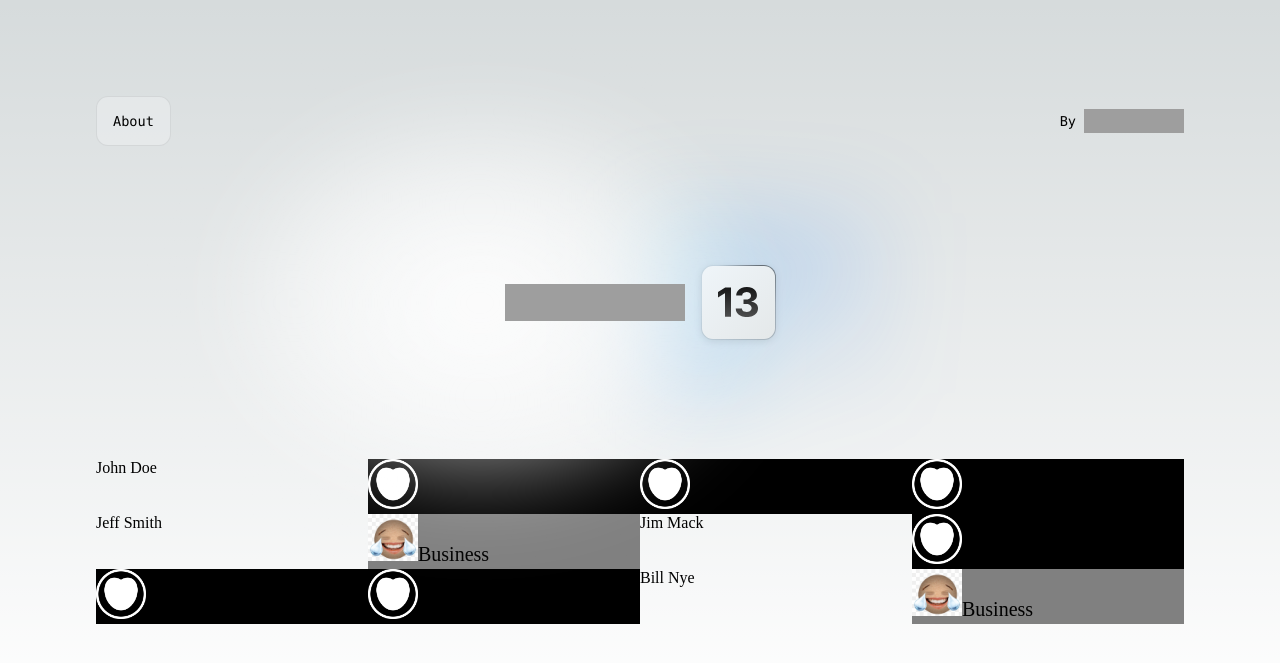
Repository: karthur1/class-example-3
Page: /
These files come from the project's save history. The page is drawn as it stood at one moment and after the next save; the edit follows.
The browser window is 1280 px wide. The pictures show the whole page.
Pictures or frames that could not be fetched are drawn as grey boxes. The project was rebuilt for these pictures with package versions that can differ from the ones it lists, and the page was loaded fresh each time. The framework's server and built-in components were replaced by stand-ins that run in the browser. Also part of the build but not shown: next.config.js.

Above is the page before, as saved 2023-01-20 23:54:50.

### pages/index.js
import Head from 'next/head'
import Image from 'next/image'
import { Inter } from '@next/font/google'
import styles from '@/styles/Home.module.css'
import data from '../data/employees.json'
import {useState} from 'react'
import Card from '../components/Card'
import Link from 'next/link'


const inter = Inter({ subsets: ['latin'] })

export default function Home() {

  console.log(data)
  const [information, setInformation] = useState([...data])
  console.log(information)

  return (
    <>
      <Head>
        <title>Create Next App</title>
        <meta name="description" content="Generated by create next app" />
        <meta name="viewport" content="width=device-width, initial-scale=1" />
        <link rel="icon" href="/favicon.ico" />
      </Head>
      <main className={styles.main}>
        <div className={styles.description}>
          <p>
          <Link href="about">About</Link>

          </p>
          <div>
            <a
              href="https://vercel.com?utm_source=create-next-app&utm_medium=default-template&utm_campaign=create-next-app"
              target="_blank"
              rel="noopener noreferrer"
            >
              By{' '}
              <Image
                src="/vercel.svg"
                alt="Vercel Logo"
                className={styles.vercelLogo}
                width={100}
                height={24}
                priority
              />
            </a>
          </div>
        </div>

        <div className={styles.center}>
          <Image
            className={styles.logo}
            src="/next.svg"
            alt="Next.js Logo"
            width={180}
            height={37}
            priority
          />
          <div className={styles.thirteen}>
            <Image
              src="/thirteen.svg"
              alt="13"
              width={40}
              height={31}
              priority
            />
          </div>
        </div>

        <div className={styles.grid}>
          <div>John Doe</div>
          {information && information.map((info, index) => {
            if(info.department === "Business") {
              return(
              <Card key={index} degree={info.degree} colour="black" font="20px"/>
            )
          }
        })}
                  <div>Jeff Smith</div>
          {information && information.map((info, index) => {
            if(info.department === "Computing") {

             return(
              <Card key={index} degree={info.degree} colour="grey" font="20px"/>
             )
          }
        })}
                    <div>Jim Mack</div>
          {information && information.map((info, index) => {
            if(info.department === "Business") {

             return(
              <Card key={index} degree={info.degree} colour="black" font="20px"/>
             )
          }
        })}
                    <div>Bill Nye</div>
          {information && information.map((info, index) => {
            if(info.department === "Computing") {

             return(
              <Card key={index} degree={info.degree} colour="grey" font="20px"/>
             )
          }
        })}
        </div>
      </main>
    </>
  )
}

### styles/Home.module.css
.main {
  display: flex;
  flex-direction: column;
  justify-content: space-between;
  align-items: center;
  padding: 6rem;
  min-height: 100vh;
}

.description {
  display: inherit;
  justify-content: inherit;
  align-items: inherit;
  font-size: 0.85rem;
  max-width: var(--max-width);
  width: 100%;
  z-index: 2;
  font-family: var(--font-mono);
}

.description a {
  display: flex;
  justify-content: center;
  align-items: center;
  gap: 0.5rem;
}

.description p {
  position: relative;
  margin: 0;
  padding: 1rem;
  background-color: rgba(var(--callout-rgb), 0.5);
  border: 1px solid rgba(var(--callout-border-rgb), 0.3);
  border-radius: var(--border-radius);
}

.code {
  font-weight: 700;
  font-family: var(--font-mono);
}

.grid {
  display: grid;
  grid-template-columns: repeat(4, minmax(25%, auto));
  width: var(--max-width);
  max-width: 100%;
}



.card {
  padding: 1rem 1.2rem;
  border-radius: var(--border-radius);
  background: rgba(var(--card-rgb), 0);
  border: 1px solid rgba(var(--card-border-rgb), 0);
  transition: background 200ms, border 200ms;
}

.card span {
  display: inline-block;
  transition: transform 200ms;
}

.card h2 {
  font-weight: 600;
  margin-bottom: 0.7rem;
}

.card p {
  margin: 0;
  opacity: 0.6;
  font-size: 0.9rem;
  line-height: 1.5;
  max-width: 30ch;
}

.center {
  display: flex;
  justify-content: center;
  align-items: center;
  position: relative;
  padding: 4rem 0;
}

.center::before {
  background: var(--secondary-glow);
  border-radius: 50%;
  width: 480px;
  height: 360px;
  margin-left: -400px;
}

.center::after {
  background: var(--primary-glow);
  width: 240px;
  height: 180px;
  z-index: -1;
}

.center::before,
.center::after {
  content: '';
  left: 50%;
  position: absolute;
  filter: blur(45px);
  transform: translateZ(0);
}

.logo,
.thirteen {
  position: relative;
}

.thirteen {
  display: flex;
  justify-content: center;
  align-items: center;
  width: 75px;
  height: 75px;
  padding: 25px 10px;
  margin-left: 16px;
  transform: translateZ(0);
  border-radius: var(--border-radius);
  overflow: hidden;
  box-shadow: 0px 2px 8px -1px #0000001a;
}

.thirteen::before,
.thirteen::after {
  content: '';
  position: absolute;
  z-index: -1;
}

/* Conic Gradient Animation */
.thirteen::before {
  animation: 6s rotate linear infinite;
  width: 200%;
  height: 200%;
  background: var(--tile-border);
}

/* Inner Square */
.thirteen::after {
  inset: 0;
  padding: 1px;
  border-radius: var(--border-radius);
  background: linear-gradient(
    to bottom right,
    rgba(var(--tile-start-rgb), 1),
    rgba(var(--tile-end-rgb), 1)
  );
  background-clip: content-box;
}

/* Enable hover only on non-touch devices */
@media (hover: hover) and (pointer: fine) {
  .card:hover {
    background: rgba(var(--card-rgb), 0.1);
    border: 1px solid rgba(var(--card-border-rgb), 0.15);
  }

  .card:hover span {
    transform: translateX(4px);
  }
}

@media (prefers-reduced-motion) {
  .thirteen::before {
    animation: none;
  }

  .card:hover span {
    transform: none;
  }
}

/* Mobile */
@media (max-width: 700px) {
  .content {
    padding: 4rem;
  }

  .grid {
    grid-template-columns: 1fr;
    margin-bottom: 120px;
    max-width: 320px;
    text-align: center;
  }

  .card {
    padding: 1rem 2.5rem;
  }

  .card h2 {
    margin-bottom: 0.5rem;
  }

  .center {
    padding: 8rem 0 6rem;
  }

  .center::before {
    transform: none;
    height: 300px;
  }

  .description {
    font-size: 0.8rem;
  }

  .description a {
    padding: 1rem;
  }

  .description p,
  .description div {
    display: flex;
    justify-content: center;
    position: fixed;
    width: 100%;
  }

  .description p {
    align-items: center;
    inset: 0 0 auto;
    padding: 2rem 1rem 1.4rem;
    border-radius: 0;
    border: none;
    border-bottom: 1px solid rgba(var(--callout-border-rgb), 0.25);
    background: linear-gradient(
      to bottom,
      rgba(var(--background-start-rgb), 1),
      rgba(var(--callout-rgb), 0.5)
    );
    background-clip: padding-box;
    backdrop-filter: blur(24px);
  }

  .description div {
    align-items: flex-end;
    pointer-events: none;
    inset: auto 0 0;
    padding: 2rem;
    height: 200px;
    background: linear-gradient(
      to bottom,
      transparent 0%,
      rgb(var(--background-end-rgb)) 40%
    );
    z-index: 1;
  }
}

/* Tablet and Smaller Desktop */
@media (min-width: 701px) and (max-width: 1120px) {
  .grid {
    grid-template-columns: repeat(2, 50%);
  }
}

@media (prefers-color-scheme: dark) {
  .vercelLogo {
    filter: invert(1);
  }

  .logo,
  .thirteen img {
    filter: invert(1) drop-shadow(0 0 0.3rem #ffffff70);
  }
}

@keyframes rotate {
  from {
    transform: rotate(360deg);
  }
  to {
    transform: rotate(0deg);
  }
}

### data/employees.json
[
    {
        "firstName": "John Doe",
        "bloodType": "AB",
        "department": "Business",
        "degree": "Finance",
        "graduted": 2004
    },
    {
        "firstName": "Jeff Smith",
        "bloodType": "A",
        "department": "Business",
        "degree": "Finance",
        "graduted": 2009
    },
    {
        "firstName": "Jim Mack",
        "bloodType": "A",
        "department": "Business",
        "degree": "Business",
        "graduted": 2009
    },
    {
        "firstName": "Bill Nye",
        "bloodType": "A",
        "department": "Computing",
        "degree": "Business",
        "graduted": 2010
    }
]

### components/Card/index.js
export default function Card( {
   degree = "none",
   colour = "purple",
   font = "0",
   images = "icons/icon3.png"

    }) {   return(
        <div style={{backgroundColor: colour, fontSize:font}}>
                {
                    colour === "black" ? <img src={'icons/icon2.png'} width="50"/>:
                    colour === "grey" ? <img src={'icons/icon3.jpg'} width="50"/>:
                                        <img src={images} width="50"/>
                }
                {degree}

        </div>
    )
}

Loaded but not shown: pages/_app.js (common file); pages/_document.js (common file); styles/globals.css (common file)

After the next save:
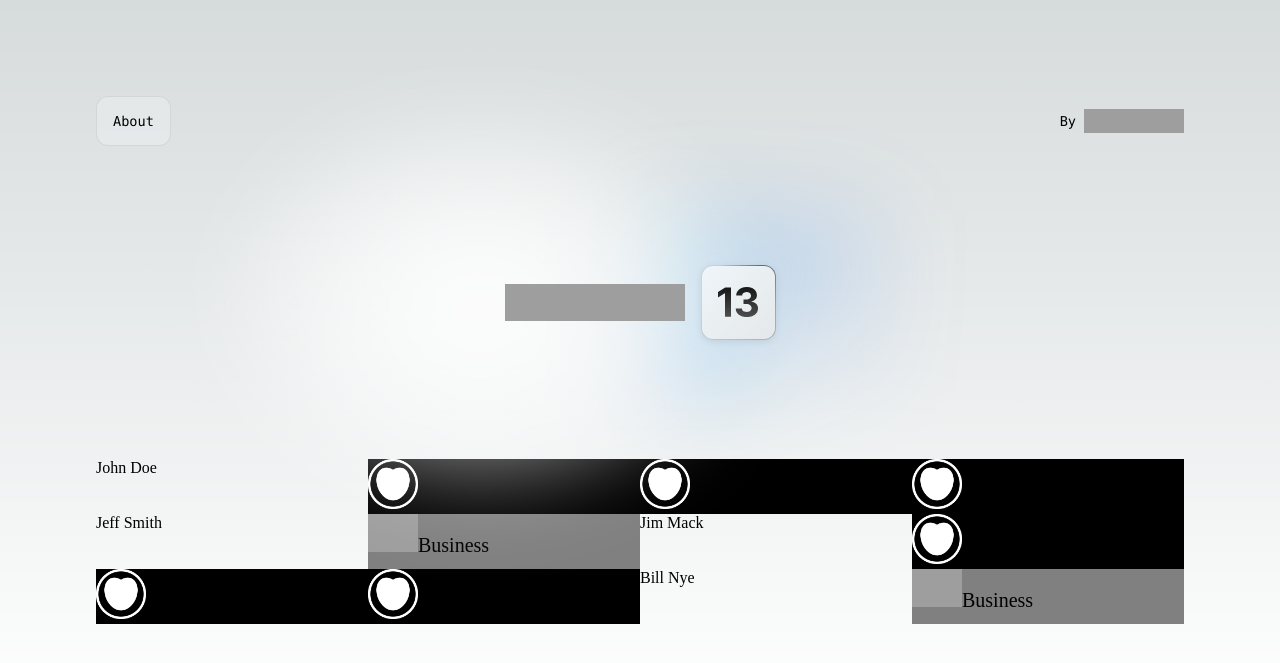
Saved 39 s later.
--- a/components/Card/index.js
+++ b/components/Card/index.js
@@ -8,7 +8,7 @@
         <div style={{backgroundColor: colour, fontSize:font}}>
                 {
                     colour === "black" ? <img src={'icons/icon2.png'} width="50"/>:
-                    colour === "grey" ? <img src={'icons/icon3.jpg'} width="50"/>:
+                    colour === "dark grey" ? <img src={'icons/icon3.jpg'} width="50"/>:
                                         <img src={images} width="50"/>
                 }
                 {degree}
